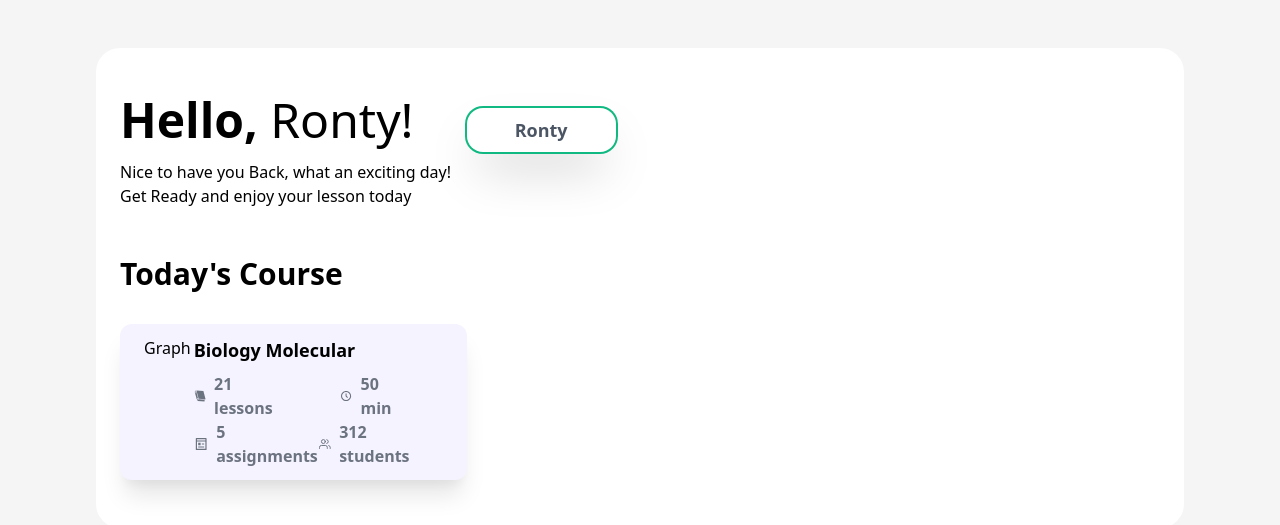
Repository: coolronts/Vite-Tailwind
Page: /
An editor plug-in stored every save of this project. The page is shown before and after the next save, followed by the edit.
The browser window is 1280 px wide. The pictures show the whole page.
The project was rebuilt for these pictures with package versions that can differ from the ones it lists, and the page was loaded fresh each time. Also part of the build but not shown: vite.config.js.

Above is the page before, as saved 2021-11-26 07:46:00.

### src/App.jsx
import './App.css'

import {Course, Intro} from './Section'
import { PrimaryButton, SecondaryButton } from './components/Button'

import {PrimaryCard} from './components/Card'
import SplitScreen from './components/SplitScreen'
import { useState } from 'react'

function App() {

  return (
    <div className="App bg-white my-12 mx-24 rounded-3xl px-6 py-12">
      <SplitScreen leftWeight = 'w-1/3'>
        <div id="left">
          <Intro/>
          <div id="course">
            <p className="text-3xl font-bold  font-sans mb-8">Today's Course</p>
            <PrimaryCard>
              <Course/>
            </PrimaryCard>
          </div>

        </div>

        <div id="right">
          <SecondaryButton name="Ronty"/>
        </div>


      </SplitScreen>
    </div>
  )
}

export default App

### src/Section/index.js
import Course from "./Course";
import Intro from "./Intro";

export { Intro, Course };

### src/components/Button/index.jsx
import React from 'react'

export const PrimaryButton = ({name}) =>{
  return (
    <button className="bg-green-500 px-12 py-2 ring-2 ring-green-500 text-white text-lg font-semibold shadow-2xl rounded-2xl mt-3">
      {name}
    </button>
  )
}

export const SecondaryButton = ({name}) =>{
  return (
    <button className="bg-white px-12 py-2 ring-2 ring-green-500 text-gray-600 text-lg font-semibold shadow-2xl rounded-2xl mt-3">
      {name}
    </button>
  )
}

### src/components/Card/index.jsx
import React from 'react'

export const PrimaryCard =({children})=> {
  return (
    <div className="bg-purple-50 py-3 px-6  rounded-xl shadow-xl">
      {children}
    </div>
  )
}

### src/components/SplitScreen/index.jsx
import PropTypes from 'prop-types'
import React from "react"
import tw from "tailwind-styled-components"

const Container = tw.div`${(props) => props.weight}`;

const Pane = tw.div`${(props) => props.weight}`;

const SplitScreen = ({
	children,
	containerWeight = 'flex w-full',
  leftWeight = 'w-1/2',
	rightWeight = 'w-1/2',
}) => {
	const [left, right] = children;
	return (
		<Container className={containerWeight}>
			<Pane className={leftWeight}>
				{left}
			</Pane>
			<Pane className={rightWeight}>
				{right}
			</Pane>
		</Container>
	);
}

export default SplitScreen

SplitScreen.propTypes = {
	children: PropTypes.arrayOf(PropTypes.node).isRequired,
	containerWeight: PropTypes.string,
	leftWeight: PropTypes.string,
	rightWeight: PropTypes.string,
}

### src/Section/Course/index.jsx
import {BiTimeFive} from 'react-icons/bi'
import {FiUsers} from 'react-icons/fi'
import { GiWhiteBook } from 'react-icons/gi'
import React from 'react'
import { RiPagesLine } from 'react-icons/ri'
import SplitScreen from '../../components/SplitScreen'

export default function Course() {
  return (
    <SplitScreen leftWeight = 'w-1/5' rightWeight = 'w-full'>
      <div id="left">
        Graph
      </div>
      <div id="right">
        <h4 className="font-bold text-lg mb-2">Biology Molecular</h4>
        <div className="flex flex-col w-5/6">
          <div className="flex  text-gray-500 font-semibold ">
            <p className="flex items-center mr-16"> <GiWhiteBook className="mr-2"/>  21 lessons</p>
            <p className="flex items-center"> <BiTimeFive className="mr-2"/>  50 min</p>
          </div>
          <div className="flex justify-between text-gray-500 font-semibold text-left">
            <p className="flex items-center"> <RiPagesLine className="mr-2"/>  5 assignments</p>
            <p className="flex items-center"> <FiUsers className="mr-2"/>  312 students</p>
          </div>
        </div>
      </div>
    </SplitScreen>
  )
}

### src/Section/Intro/index.jsx
import React from 'react'

export default function Intro({name}) {
  return (
    <div className="mb-12">
      <h3 className="text-5xl font-sans font-bold mb-4">Hello, <span className="font-light">Ronty!</span> </h3>
      <div className="font-semibold tracking-wide text-gray-500">

      </div>
      <h5>Nice to have you Back, what an exciting day!</h5>
      <h5>Get Ready and enjoy your lesson today</h5>
    </div>
  )
}

Loaded but not shown: index.html (common file); src/main.jsx (common file); src/index.css (common file); src/App.css (common file); tailwind.config.js (common file)

After the next save:
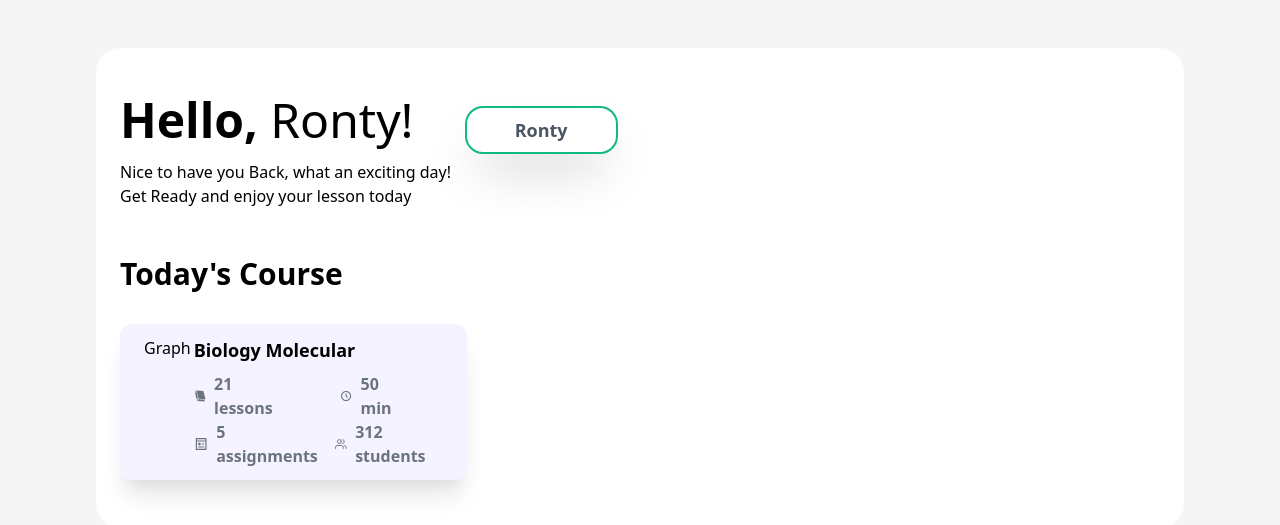
Saved 14 s later.
--- a/src/Section/Course/index.jsx
+++ b/src/Section/Course/index.jsx
@@ -18,8 +18,8 @@ export default function Course() {
             <p className="flex items-center mr-16"> <GiWhiteBook className="mr-2"/>  21 lessons</p>
             <p className="flex items-center"> <BiTimeFive className="mr-2"/>  50 min</p>
           </div>
-          <div className="flex justify-between text-gray-500 font-semibold text-left">
-            <p className="flex items-center"> <RiPagesLine className="mr-2"/>  5 assignments</p>
+          <div className="flex  text-gray-500 font-semibold text-left">
+            <p className="flex items-center mr-4"> <RiPagesLine className="mr-2"/>  5 assignments</p>
             <p className="flex items-center"> <FiUsers className="mr-2"/>  312 students</p>
           </div>
         </div>
